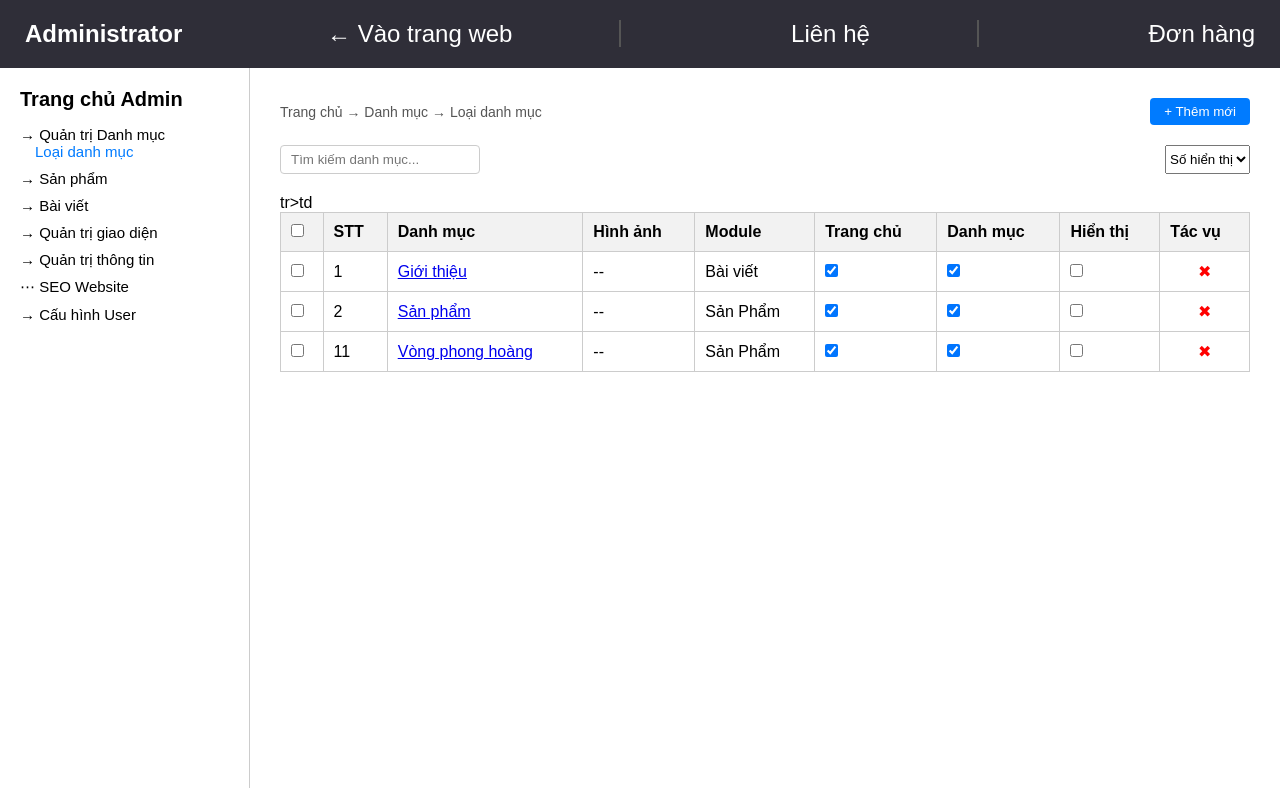
Repository: TranTanDat0606/Du-An-1
Page: Admin]/admin.html
These files come from the project's save history. The page is drawn as it stood at one moment and after a run of saves; the edit follows.
The browser window is 1280 px wide. The pictures show the whole page.

Above is the page before, as saved 2025-07-30 15:12:29.

### Admin]/admin.html
<!DOCTYPE html>
<html lang="vi">
<head>
    <meta charset="UTF-8" />
    <meta name="viewport" content="width=device-width, initial-scale=1.0"/>
    <title>Quản lý danh mục</title>
    <link rel="stylesheet" href="admin.css" />
</head>
<body>
    <header class="topbar">
    <div class="topbar-left">Administrator</div>
    <div class="topbar-right">
    <a href="#">← Vào trang web</a>
    <a href="#">Liên hệ</a>
    <a href="#">Đơn hàng</a></div>
</header>
    <div class="admin-container">
    <aside class="sidebar">
    <h2>Trang chủ Admin</h2>
    <ul>
        <li>→ Quản trị Danh mục
    <ul class="submenu">
            <li><a href="#">Loại danh mục</a></li>
    </ul>
        </li>
        <li>→ Sản phẩm</li>
        <li>→ Bài viết</li>
        <li>→ Quản trị giao diện</li>
        <li>→ Quản trị thông tin</li>
        <li>⋯ SEO Website</li>
        <li>→ Cấu hình User</li>
    </ul>
    </aside>
    <main class="main-content">
    <div class="header-bar">
        <span class="breadcrumbs">Trang chủ → Danh mục → Loại danh mục</span>
        <button class="btn-new">+ Thêm mới</button>
    </div>

    <div class="table-toolbar">
        <input type="text" class="search-input" placeholder="Tìm kiếm danh mục..." />
        <select>
    <option>Số hiển thị</option>
        </select>
    </div>
    <table>
        <thead>
    <tr>
            <th><input type="checkbox" /></th>
            <th>STT</th>
            <th>Danh mục</th>
            <th>Hình ảnh</th>
            <th>Module</th>
            <th>Trang chủ</th>
            <th>Danh mục</th>
            <th>Hiển thị</th>
            <th>Tác vụ</th>
    </tr>
        </thead>
        <tbody>
    <tr>
            <td><input type="checkbox" /></td>
            <td>1</td>
            <td><a href="#">Giới thiệu</a></td>
            <td>--</td>
            <td>Bài viết</td>
            <td><input type="checkbox" checked /></td>
            <td><input type="checkbox" checked /></td>
            <td><input type="checkbox" /></td>
            <td class="text-danger">✖</td>
    </tr>
    <tr>
            <td><input type="checkbox" /></td>
            <td>2</td>
            <td><a href="#">Sản phẩm</a></td>
            <td>--</td>
            <td>Sản Phẩm</td>
            <td><input type="checkbox" checked /></td>
            <td><input type="checkbox" checked /></td>
            <td><input type="checkbox" /></td>
            <td class="text-danger">✖</td>
    </tr>
    <tr>
        <td><input type="checkbox" /></td>
        <td>11</td>
        <td><a href="#">Vòng phong hoàng</a></td>
        <td>--</td>
        <td>Sản Phẩm</td>
        <td><input type="checkbox" checked /></td>
        <td><input type="checkbox" checked /></td>
        <td><input type="checkbox" /></td>
        <td class="text-danger">✖</td>
    </tr>
    tr>td
        </tbody>
    </table>
    </main>
    </div>
</body>
</html>

### Admin]/admin.css
* {
    margin: 0;
    padding: 0;
    box-sizing: border-box;
    font-family: sans-serif;
}
/* header */
/* Topbar admin */
.topbar {
    background-color: #2f2e38;
    color: white;
    display: flex;
    justify-content: space-between;
    align-items: center;
    padding: 20px 25px;
    font-size: 24px;
}

.topbar-left {
    font-weight: bold;
}

.topbar-right a {
    color: white;
    text-decoration: none;
    margin-left: 100px;
    border-left: 2px solid #555;
    padding-left: 170px
}

.topbar-right a:first-child {
    border-left: none;
    padding-left: 0;
}
body {
    background: #f5f5f5;
}

.admin-container {
    display: flex;
    height: 100vh;
}

/* Sidebar */
.sidebar {
    width: 250px;
    background: #fff;
    border-right: 1px solid #ccc;
    padding: 20px;
}

.sidebar h2 {
    margin-bottom: 15px;
    font-size: 20px;
}

.sidebar ul {
    list-style: none;
}

.sidebar li {
    margin-bottom: 10px;
    font-size: 15px;
}

.sidebar .submenu {
    margin-left: 15px;
}

.sidebar a {
    color: #007bff;
    text-decoration: none;
}

/* Main Content */
.main-content {
    flex: 1;
    padding: 30px;
    background: #fff;
}

.header-bar {
    display: flex;
    justify-content: space-between;
    align-items: center;
}

.breadcrumbs {
    color: #555;
    font-size: 14px;
}

.btn-new {
    background: #007bff;
    color: #fff;
    border: none;
    padding: 6px 14px;
    border-radius: 4px;
    cursor: pointer;
}

.table-toolbar {
    margin: 20px 0;
    display: flex;
    justify-content: space-between;
}

.search-input {
    padding: 6px 10px;
    width: 200px;
    border: 1px solid #ccc;
    border-radius: 4px;
}

table {
    width: 100%;
    border-collapse: collapse;
    background: #fff;
}

table th,
table td {
    border: 1px solid #ccc;
    padding: 10px;
    text-align: left;
}

table th {
    background: #f2f2f2;
}

.text-danger {
    color: red;
    text-align: center;
}

After the next 2 saves:
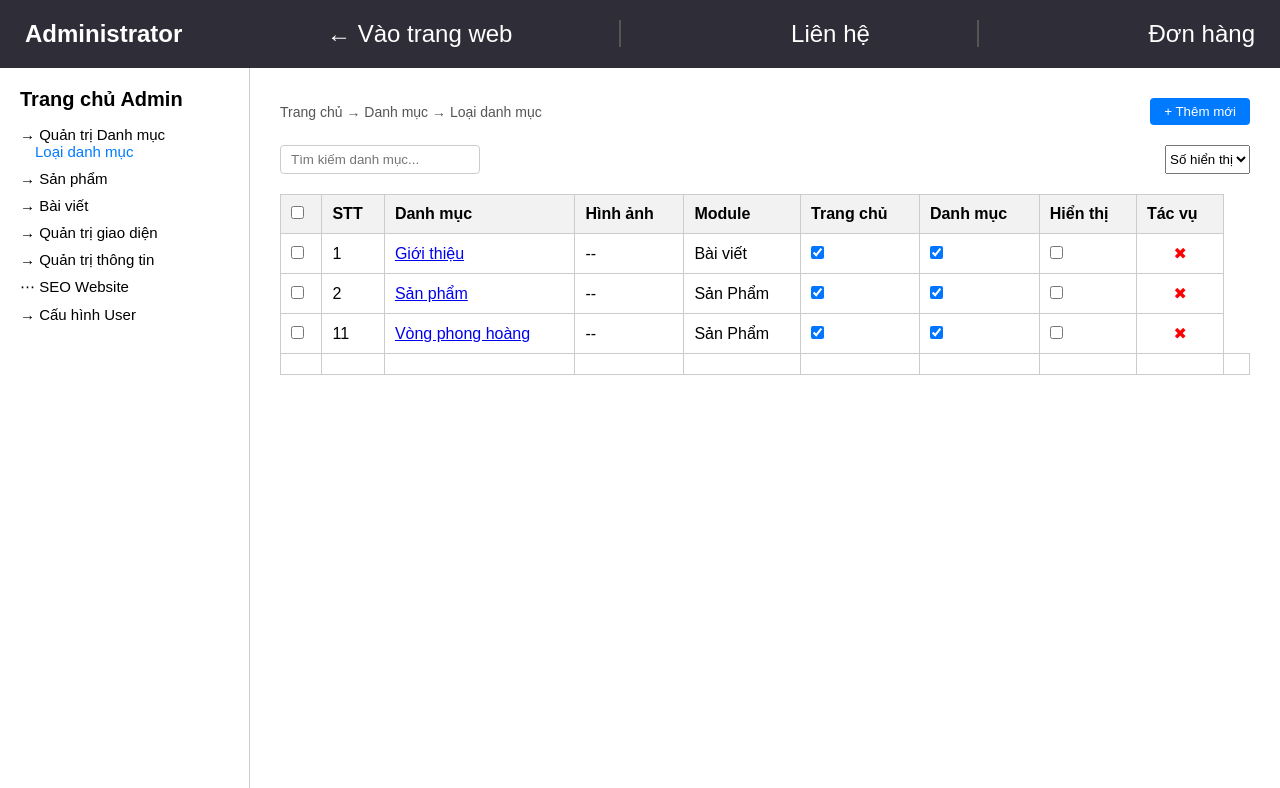
The 2 saves are shown as one change because they came seconds apart.
The last was saved 9 s later.
--- a/Admin]/admin.html
+++ b/Admin]/admin.html
@@ -91,7 +91,18 @@
         <td><input type="checkbox" /></td>
         <td class="text-danger">✖</td>
     </tr>
-    tr>td
+    <tr>
+        <td></td>
+        <td></td>
+        <td></td>
+        <td></td>
+        <td></td>
+        <td></td>
+        <td></td>
+        <td></td>
+        <td></td>
+        <td></td>
+    </tr>
         </tbody>
     </table>
     </main>
